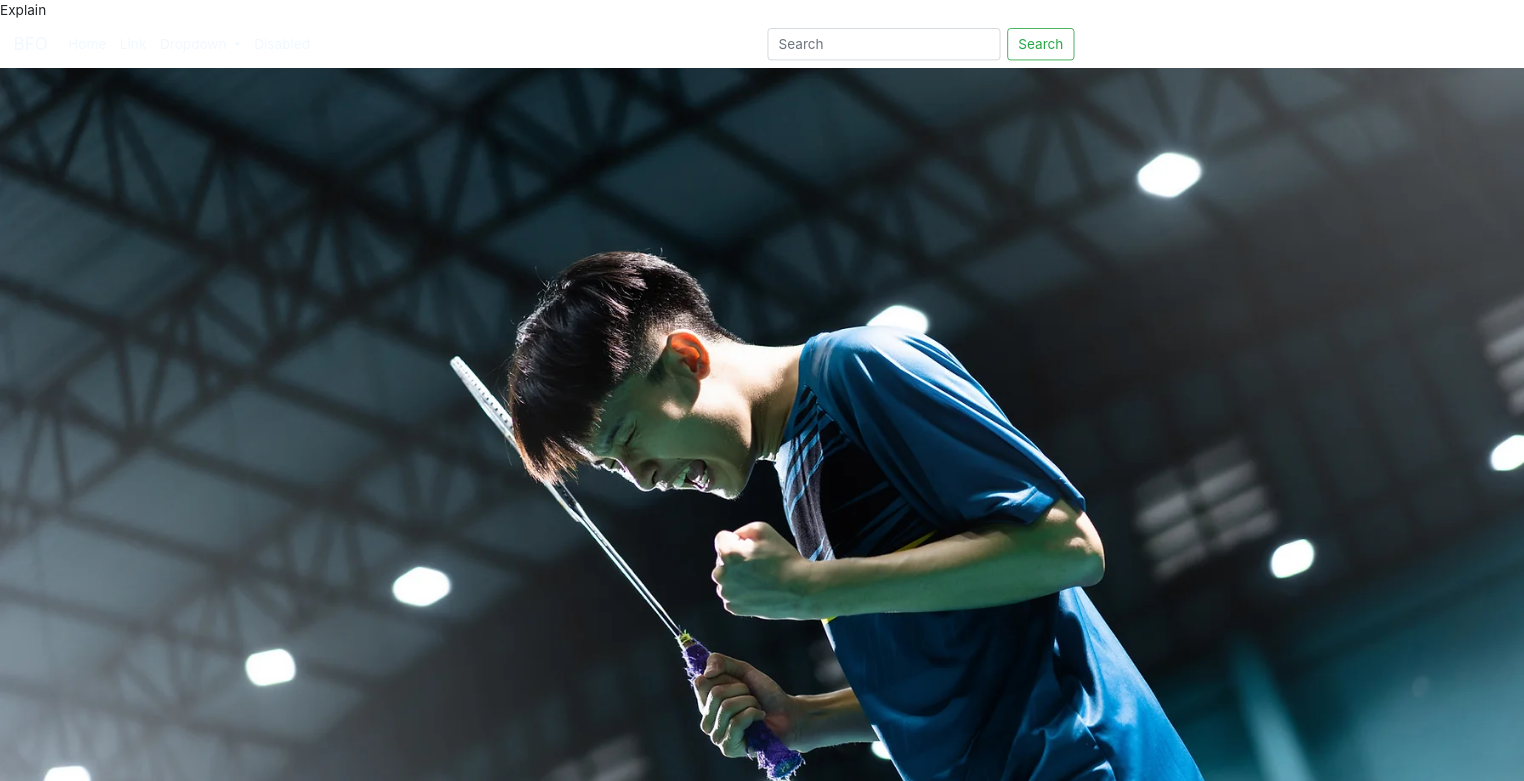
Repository: tsthuy/Badminton
Page: index.html
These files come from the project's save history. The page is drawn as it stood at one moment and after the next save; the edit follows.
The browser window is 1280 px wide. The page is 1793 px wide, so the pictures cover 1793 px, including what lies to the right of the window. The pictures show the whole page, at 85% of full size.
Some web libraries are served in a nearby version.

Above is the page before, as saved 2023-10-12 20:49:59.

After the next save:
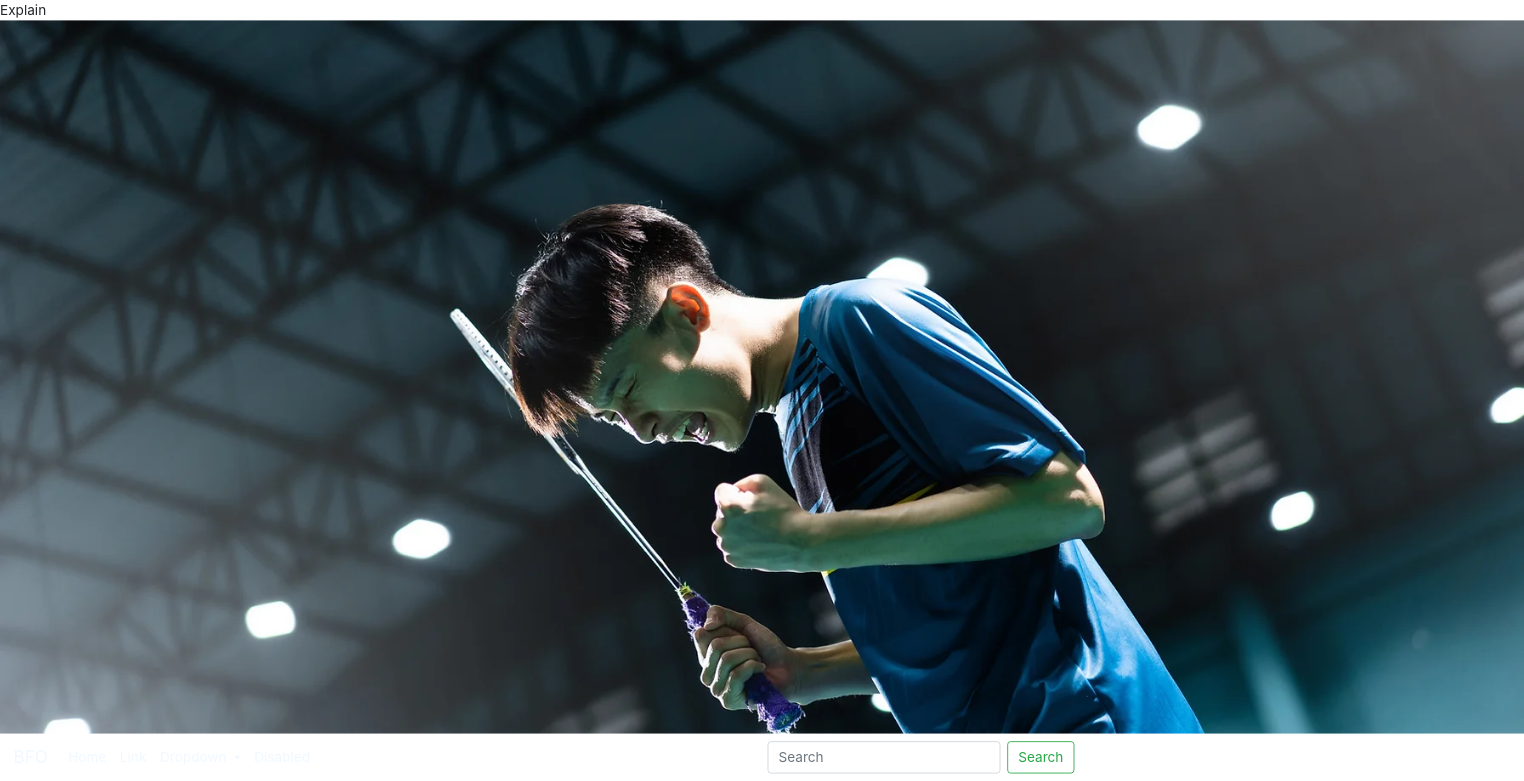
Saved 10 s later.
--- a/index.html
+++ b/index.html
@@ -11,6 +11,8 @@
     Explain
 
    <div class="background_cover">
+
+    <img src="./Image/A man in a badminton match.webp" alt="">
     <nav class="navbar navbar-expand-lg navbar-light bg-light " style="background-color: transparent !important;
 ">
   <a style="color: aliceblue;" class="navbar-brand" href="#">BFO</a>
@@ -47,7 +49,6 @@
     </form>
   </div>
 </nav>
-    <img src="./Image/A man in a badminton match.webp" alt="">
    </div>
 
 </body>

After the save that followed:
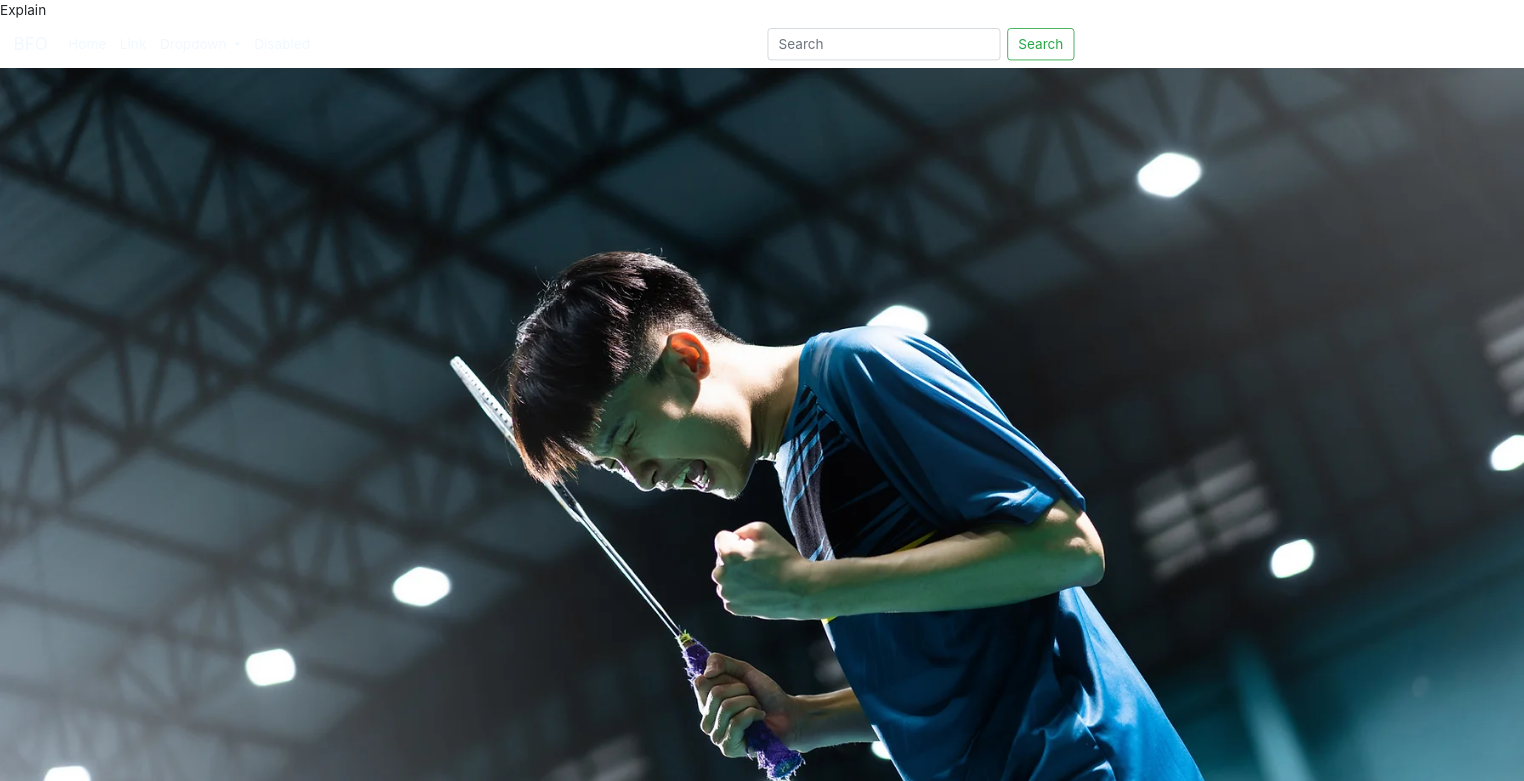
Saved 10 s later.
--- a/index.html
+++ b/index.html
@@ -9,11 +9,7 @@
 </head>
 <body>
     Explain
-
-   <div class="background_cover">
-
-    <img src="./Image/A man in a badminton match.webp" alt="">
-    <nav class="navbar navbar-expand-lg navbar-light bg-light " style="background-color: transparent !important;
+<nav class="navbar navbar-expand-lg navbar-light bg-light " style="background-color: transparent !important;
 ">
   <a style="color: aliceblue;" class="navbar-brand" href="#">BFO</a>
   <button class="navbar-toggler" type="button" data-toggle="collapse" data-target="#navbarSupportedContent" aria-controls="navbarSupportedContent" aria-expanded="false" aria-label="Toggle navigation">
@@ -49,6 +45,9 @@
     </form>
   </div>
 </nav>
+   <div class="background_cover">
+
+    <img src="./Image/A man in a badminton match.webp" alt="">
    </div>
 
 </body>
